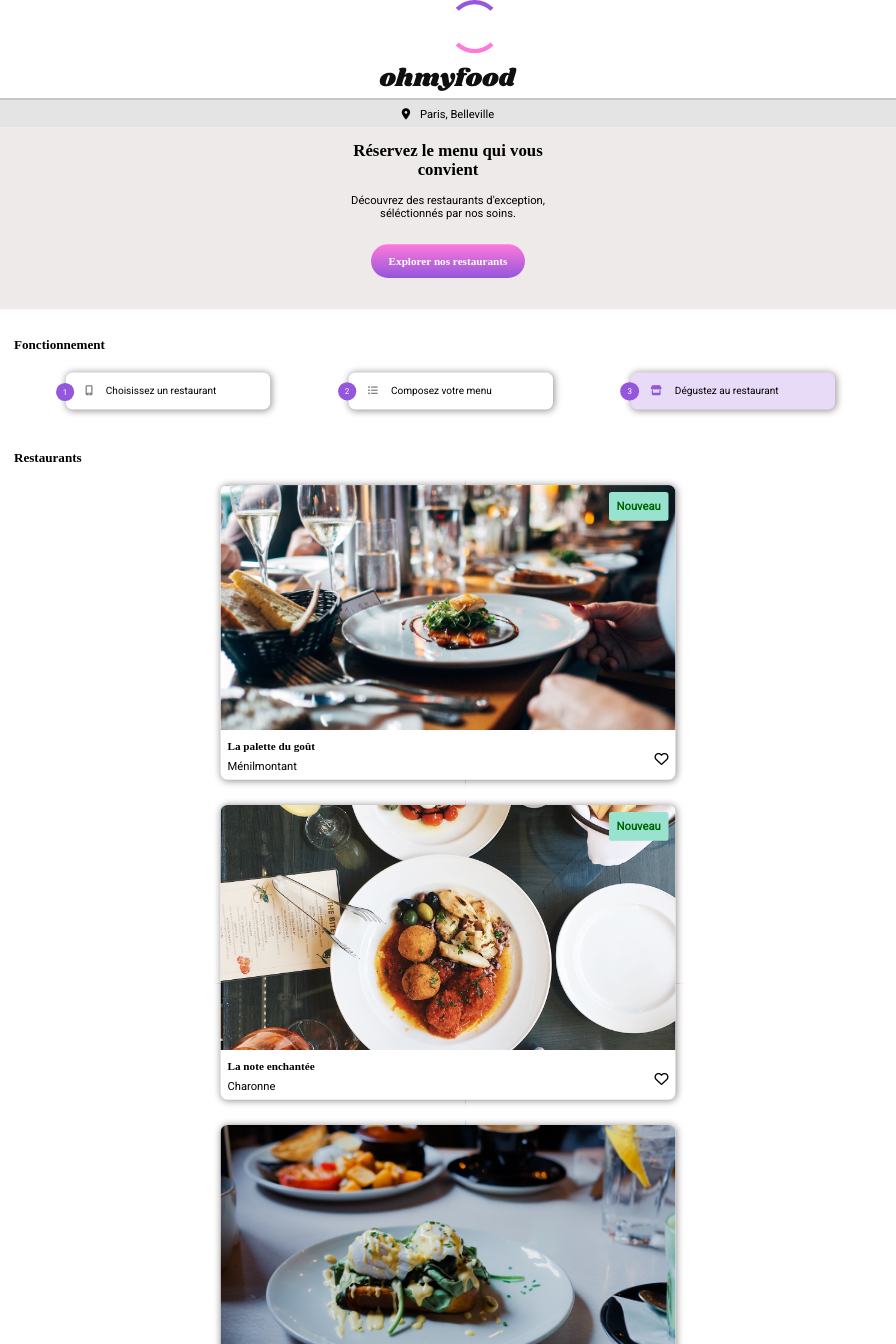
Repository: Micka-17/boimickael_3_16042021
Page: index.html
An editor plug-in stored every save of this project. The page is shown before and after the next save, followed by the edit.
The browser window is 1280 px wide. The pictures show the part of the page from y = 0 to 1920 px (the page is 2694 px tall before and 2618 px after), at 70% of full size.
Some web fonts or font styles are not loaded; a fallback is used. Some web libraries are served in a nearby version. The style sheet was rebuilt from its Sass, Less or Tailwind sources for each picture, by a compiler version that may differ from the author's.

Above is the page before, as saved 2021-05-26 10:53:20.

### index.html
<!DOCTYPE html>
<html lang="en">
  <head>
    <meta charset="UTF-8" />
    <meta http-equiv="X-UA-Compatible" content="IE=edge" />
    <meta name="viewport" content="width=device-width, initial-scale=1.0" />
    <link rel="stylesheet" href="css/style.css" />
    <script
      src="https://kit.fontawesome.com/7f2b024bdc.js"
      crossorigin="anonymous"
    ></script>
    <title>OhMyFood</title>
  </head>
  <body>
    <div id=loader">
      <div id="loader"></div>
    </div>
    <header>
      <div id="logo">
        <img src="images/logo/ohmyfood@2x.svg" alt="OhMyFood" />
      </div>
    </header>
    <section id="sec-1">
      <div id="top">
        <div id="paris">
          <p><i class="fas fa-map-marker-alt icon"></i> Paris, Belleville</p>
        </div>
        <div id="reservation">
          <h2 id="center-top1">Réservez le menu qui vous convient</h2>
          <p id="center-top2">
            Découvrez des restaurants d'exception, séléctionnés par nos soins.
          </p>
          <a id="btn" href="#sec-3">Explorer nos restaurants</a>
        </div>
      </div>
    </section>
    <section id="sec-2">
      <div class="fonctionnement">
        <h3 class="h3s">Fonctionnement</h3>
        <ul class="bolder">
          <li>
            <i class="fas fa-mobile-alt icon-top"></i> Choisissez un restaurant
            <p id="number1">1</p>
          </li>
          <li>
            <i class="fas fa-list-ul icon-top"></i> Composez votre menu
            <p id="number2">2</p>
          </li>
          <li id="li-3">
            <i class="fas fa-store icon-top-purple"></i> Dégustez au restaurant
            <p id="number3">3</p>
          </li>
        </ul>
      </div>
    </section>
    <section id="sec-3">
      <h3 class="h3s">Restaurants</h3>
      <div class="choice">
        <a href="pages/la_palette_du_gout.html">
          <div class="card">
            <p class="nouveau">Nouveau</p>
            <img
              id="new"
              class="imga"
              src="images/restaurants/la_palette_du_gout.jpg"
              alt="la_palette_du_gout"
            />
            <div class="resto">
              <div>
                <h4>La palette du goût</h4>
                <p class="space">Ménilmontant</p>
              </div>
              <div class="loveclcik">
                <i class="far fa-heart love fa-lg"></i>
                <i class="fas fa-heart loves3"></i>
              </div>
            </div>
          </div>
        </a>
        <a href="pages/la_note_enchantee.html">
          <div class="card">
            <p class="nouveau">Nouveau</p>
            <img
              class="imga"
              src="images/restaurants/la_note_enchantee.jpg"
              alt="la_note_enchantee"
            />
            <div class="resto">
              <div>
                <h4>La note enchantée</h4>
                <p class="space">Charonne</p>
              </div>
              <div class="loveclcik">
                <i class="far fa-heart love fa-lg"></i>
                <i class="fas fa-heart loves3"></i>
              </div>
            </div>
          </div>
        </a>
        <a href="pages/a_la_francaise.html">
          <div class="card">
            <img
              class="imga"
              src="images/restaurants/a_la_française.jpg"
              alt="a_la_française"
            />
            <div class="resto">
              <div>
                <h4>A la française</h4>
                <p class="space">Cité Rouge</p>
              </div>
              <div class="loveclcik">
                <i class="far fa-heart love fa-lg"></i>
                <i class="fas fa-heart loves3"></i>
              </div>
            </div>
          </div>
        </a>
        <a href="pages/le_delice_des_sens.html">
          <div class="card">
            <img
              class="imga"
              src="images/restaurants/le_delice_des_sens.jpg"
              alt="le_delice_des_sens"
            />
            <div class="resto">
              <div>
                <h4>Le delice des sens</h4>
                <p class="space">Folie-Méricourt</p>
              </div>
              <div class="loveclcik">
                <i class="far fa-heart love fa-lg"></i>
                <i class="fas fa-heart loves3"></i>
              </div>
            </div>
          </div>
        </a>
      </div>
    </section>
    <section class="end">
      <footer>
        <div>
          <h3 id="logo-white">ohmyfood</h3>
          <div class="end-ul">
            <p>
              <i class="fas fa-utensils icon-footer"></i> Proposer un restaurant
            </p>
            <p>
              <i class="fas fa-hands-helping icon-footer"></i> Devenir
              partenaire
            </p>
            <p>Mentions légales</p>
            <a id="contact" href="mailto:contact@ohmyfood.com"
              ><p>Contact</p></a
            >
          </div>
        </div>
      </footer>
    </section>
  </body>
</html>

### sass/style.scss
@import "./directories/Utils/variables-mixin";
@import "./directories/Base/main.scss";



ul {
    font-family: 'Roboto', sans-serif;
    font-size: 0.9em;
    @media (min-width: 430px) {
        max-width: 450px;
    }
        @media (min-width: 1000px) {
            display: flex;
            min-width: 100%;
            justify-content: space-evenly;
        }
}

#backgroundloader {
    position: absolute;
    top: 0;
    left: 0;
    background-color: $color3;
    width: 100%;
    height: 100%;
    animation: loader2 33s;
    animation-fill-mode: both;
    animation-timing-function: step-end;
  }
#loader {
    position: relative;
    top: 50%;
    left: 50%;
    width: 64px;
    height: 64px;
    border-radius: 50%;
    border: 6px solid rgb(255, 255, 255);
    border-color: $color1 transparent $color2 transparent;
    animation: dual-ring 0.8s infinite, loader 3s;
    animation-delay: 0.2s;
    animation-fill-mode: both;
  }

#contact {
    color: white;
}

.spacediv p {
    font-family: 'Roboto', sans-serif;
    text-overflow: ellipsis;
    overflow: hidden;
    white-space: nowrap;
}

#logo {
    display: flex;
    justify-content: center;
    margin-top: 20px;
    margin-bottom: 10px;
}

#paris {
    display: flex;
    justify-content: center;
    border-top: solid 3px rgba(128, 128, 128, 0.301);
    min-width: 321px;
    padding-top: 10px;
    padding-bottom: 10px;
    background-color: rgba(128, 128, 128, 0.212);
        .icon {
            margin-right: 10px;
        }
}

#reservation {
    display: flex;
    justify-content: center;
    flex-direction: column;
    place-items: center;
    background-color: rgb(238, 234, 234);
    padding-bottom: 45px;
        #btn {
            @include btn();
                &:hover {
                    filter: brightness(1.50);
                    box-shadow: 0px 0px 10px 15px gray;
                }
        }
}

#center-top1 {
    text-align: center;
    margin-top: 20px;
    max-width: 350px;
}

#center-top2 {
    margin-top: 20px;
    margin-bottom: 20px;
    text-align: center;
    max-width: 350px;
}


.icon-top {
    color: gray;
    margin-right: 15px;
    margin-left: 10px;
}

.icon-top-purple {
    color: $color1;
    margin-right: 15px;
    margin-left: 10px;
}

#li-3 {
    background-color: #9256dc36;
}

li { position: relative;
    background-color: #ffffff;
    border-radius: 10px;
    padding: 18px;
    margin: 18px;
    margin-left: 25px;
    box-shadow: 1px 1px 10px 1px rgb(151, 145, 145);
    min-width: 20%;
        #number1 {
            position: absolute;
            top: 15px;
            left: -14px;
            background-color: $color1;
            border-radius: 50px;
            padding: 6px 10px;
            font-size: 0.8em;
            color: white;
        }
            #number2 {
                position: absolute;
                top: 14px;
                left: -15px;
                background-color: $color1;
                border-radius: 50px;
                padding: 6px 10px;
                font-size: 0.8em;
                color: white;
            }
                #number3 {
                    position: absolute;
                    top: 14px;
                    left: -15px;
                    background-color: $color1;
                    border-radius: 50px;
                    padding: 6px 10px;
                    font-size: 0.8em;
                    color: white;
                }
}
.space {
    margin-top: 10px;
    margin-bottom: 10px;
}
.card {
    background-color: #ffffff;
    border-radius: 10px;
    padding: 0px;
    margin: 18px;
    box-shadow: 1px 1px 10px 1px rgb(151, 145, 145);
    max-width: 100%;
}
.imga {
    object-fit: cover;
    border-radius: 10px 10px 0px 0px;
    width: 650px;
    height: 350px;
        @media (max-width:900px) {
            max-width: 100%;
        }
            @media (max-width:500px) {
                max-width: 100%;
                height: 240px;
            }
                @media (max-width:380px) {
                    height: 220px;
                }
}
.card {
    position: relative;
}
.nouveau {
    position: absolute;
    padding: 0.7rem;
    border-radius: 0.25rem;
    color: darkgreen;
    font-weight: bold;
    right: 10px;
    top: 10px;
    background-color: #99e2d0;
}

.h3s {
    margin: 40px 0px 10px 20px;

}

.choice {
    display: flex;
    flex-direction: column;
    place-items: center;
    flex-wrap: wrap;
        .resto {
            display: flex;
            justify-content: space-between;
            align-items: center;
            margin: 10px;
        }
            @media (min-width: 630px) {
                flex-wrap: wrap;
                flex-direction: row;
                justify-content: center;
            }
                @media (min-width: 1350px) {
                    display: grid;
                    grid-template-rows: 50% 50%;
                    grid-template-columns: 50% 50%;
                }
}


footer {
    margin-top: 30px;
    padding: 10px;
    background-color: rgb(54, 54, 54);
    color: white;
        #logo-white {
            font-family: 'Shrikhand', cursive;
            font-weight: 300;
            margin-bottom: 15px;
            margin-left: 20px;
            margin-top: 10px;
        }
            li {
                background-color: transparent;
                border-radius: 0;
                padding: 5px;
                margin-left: 20px;
                box-shadow: none;
                display: flex;
                margin-top: 5px;
                margin-bottom: 5px;
            }
                .icon-footer {
                    max-width: 2px;
                    max-height: 2px;
                    margin-right: 25px;
                }
                    @media (min-width:1000px) {
                        padding: 40px;
                    }
}


//pages 2

.img-top {
    min-width: 100%;
    max-height: 510px;
}

.arrow {
    position: absolute;
    left: 20px;
    top: 30px;
    color: rgba(0, 0, 0, 0.801);
}
#margtitle {
    margin-left: 15px;
    max-width: 220px;
}
img {
    object-fit: cover;
}
.titlemargall {
    margin-top: 30px;
    margin-left: 15px;
    border-bottom: solid rgba(55, 224, 55, 0.541);
    max-width: 30px;
}
#middle {
    position: absolute;
    top: 240px;
    min-width: 100%;
    min-height: 980px;
    background-color: rgb(231, 229, 229);
    border-radius: 20px 20px 0px 0;
    padding-top: 30px;
     .entrees {
        @include centre();
        @include capsule();
     }
        .bold {
            font-weight: bold;
            font-size: 1em;
        }
        .bolder {
            font-weight: bold;
            font-size: 0.6m;
                @media (min-width: 1000px) {
                    margin: 15px;
                }
        }
            p {
                font-size: 0.7em;
            }
                .loves1 {
                    position: absolute;
                    right: 15px;
                    color: gray
                }
}

.loves2 {
    display: none;
    opacity: 0;
    background: linear-gradient(0deg,#9356dc,#ff79da);
    background-clip: text;
    -webkit-background-clip: text;
    -moz-background-clip: text;
    -webkit-text-fill-color: transparent;
    position: absolute;
    right: 15px;
}
#margtitle:hover .loves2 {
    animation: fadeout;
    opacity: 1;
    animation-duration: .5s;
    display: inline-block;
    justify-content: center;
}

.loves3 {
    display: none;
    opacity: 0;
    background: linear-gradient(0deg,#9356dc,#ff79da);
    background-clip: text;
    -webkit-background-clip: text;
    -moz-background-clip: text;
    -webkit-text-fill-color: transparent;
    position: absolute;
    right: 9px;
    bottom: 18px;
}
.loveclcik:hover .loves3 {
    animation: fadeout2;
    opacity: 1;
    animation-duration: .5s;
    display: inline-block;
    justify-content: center;
    font-size: 1.5em;
}

#entrees {
    animation: slideup 1s;
    animation-duration: 1s;
}
#plats {
    animation: slideup 1s;
    animation-duration: 5s;
}
#desserts {
    animation: slideup 1s;
    animation-duration: 8s;
}


.entrees, .plats, .desserts {
    cursor: pointer;
        @media (max-width:321px) {
            width: 300px;
        }
        @media (max-width:378px) {
            max-width: 100%;
        }
        @media (max-width:414px) {
            max-width: 100%;
        }
        @media (min-width: 1000px) {
            min-height: 90px;
            width: 100%;
        }
}

.spacediv {
    width: 100%;
    overflow: hidden;
    @include spacediv();
        @media (min-width: 1000px) {
            justify-content: space-evenly;
        }
}
.plats {
    @include capsule();
    @include centre();
}
.desserts {
    @include capsule();
    @include centre();
}

.responsive {
    @media (min-width: 1000px) {
        display: flex;
        justify-content: center;
    }
}

.responsive-entrees {
    @media (min-width: 1000px) {
        display: flex;
        justify-content: center;
    }
}

#btnp2 {
    @include btn();
    margin-top: 40px;
        &:hover {
            filter: brightness(1.50);
            box-shadow: 0px 0px 10px 15px gray;
        }
         @media (min-width: 1000px) {
            margin-top: 150px;
         }
}

#placement-btn {
    display: flex;
    justify-content: center;
    place-items: center;
}

.end1 {
    position: absolute;
    top: 1151px;
    min-width: 100%;
}

.end {
    position: absolute;
    min-width: 100%;
}

.end-ul {
        @media (min-width: 430px) {
        max-width: 450px;
    }
        @media (min-width: 1000px) {
            display: flex;
            min-width: 100%;
            flex-direction: row;
            justify-content: space-evenly;
        }
}

.end-ul p {
    margin: 8px;
    margin-left: 20px;
}

//page la note enchantee

 .align-price{
    display: flex;
    align-items: flex-end;
    margin-bottom: 8px;
    margin-right: 8px;
}

.check {
    width: 0px;
    transition-duration: 1s;
    font-size: 1.5em;
     & i {
        display: none;
        place-items: center;
        color: white;
     }
}

.entrees:hover .check {
    width: 90px;
    height: 51px;
    background-color: $color3;
    display: flex;
    justify-content: center;
    border-radius: 0 20% 20% 0;
        @media (max-width: 1000px) {
            width: 65px;
        }
            & .rotation {
                display: flex;
                place-items: center;
            }
                & .rond {
                    display: flex;
                    place-items: center;
                    transform-origin: center;
                    animation: spin;
                    animation-duration: 1s;
                }
                    @media (min-width: 1000px) {
                        height: 90px;
                        border-radius: 0 10% 10% 0;
                    }
}


.plats:hover .check {
    width: 90px;
    height: 51px;
    background-color: $color3;
    display: flex;
    justify-content: center;
    border-radius: 0 20% 20% 0;
        @media (max-width: 1000px) {
            width: 65px;
        }
            & .rotation {
                display: flex;
                place-items: center;
            }
                & .rond {
                    display: flex;
                    place-items: center;
                    transform-origin: center;
                    animation: spin;
                    animation-duration: 1s;
                }
                    @media (min-width: 1000px) {
                        height: 90px;
                        border-radius: 0 10% 10% 0;
                    }
}

.desserts:hover .check {
    width: 90px;
    height: 51px;
    background-color: $color3;
    display: flex;
    justify-content: center;
    border-radius: 0 20% 20% 0;
        @media (max-width: 1000px) {
            width: 65px;
        }
            & .rotation {
                display: flex;
                place-items: center;
            }
                & .rond {
                    display: flex;
                    place-items: center;
                    transform-origin: center;
                    animation: spin;
                    animation-duration: 1s;
                }
                    @media (min-width: 1000px) {
                        height: 90px;
                        border-radius: 0 10% 10% 0;
                    }
}

### sass/directories/Utils/_variables-mixin.scss
$color1: #9356DC;
$color2: #FF79DA;
$color3: #99E2D0;

@mixin centre {
    display: flex;
    justify-content: space-between;
}

@mixin capsule {
    background-color: whitesmoke;
    border-radius: 10px;
    box-shadow: 1px 1px 10px 1px rgb(226, 226, 226);
    margin: 10px;
    overflow: hidden;
}
 @mixin spacediv {
    min-height: 35px;
    display: flex;
    flex-direction: column;
    justify-content: space-between;
    padding: 8px;
 }
@mixin btn {
    background: linear-gradient($color2, $color1);
    border-radius: 50px;
    border: none;
    box-shadow: gray;
    color: white;
    font-weight: bold;
    max-width: 200px;
    min-width: 200px;
    margin-top: 15px;
    padding: 15px 10px;
    text-align: center;
    text-decoration: none
}

@keyframes fadein {
    from {
        transform: scaleX(0);
    }

    to {
        transform: scaleX(1);
    }
}

@keyframes fadeout {
    from {
        transform: scaleY(0);
    }

    to {
        transform: scaleY(1);
    }
}
@keyframes fadeout2 {
    from {
        transform: scale(0);
    }

    to {
        transform: scale(1.5);
    }
}

@keyframes spin {
    from {
        transform: rotate(0deg);
    } to {
        transform: rotate(360deg);
    }
}

@keyframes slideup {
    from {
        transform: translateY(50px);
        opacity: 0;
    }
    to {
        transform: translateY(0px);
        opacity: 1;
    }
}


 @keyframes dual-ring {
    0% {
      transform: rotate(0deg);
      opacity: 100%;
    }
    50% {
        transform: rotate(180deg);
        opacity: 10%;
      }
    100% {
      transform: rotate(360deg);
      opacity: 100%;
    }
  }

@keyframes loader {
    0% {
    opacity: 100%;
    }
    99% {
        opacity: 100%;
    }
    100% {
        opacity: 100%;
    }
}

@keyframes loader2 {
    0% {
    opacity: 100%;
    z-index: 9999;
    }
    99% {
        opacity: 0;
        z-index: -1000;
    }
    100% {
        opacity: 0;
        z-index: -1000;
    }
}

### sass/directories/Base/main.scss
@import url('https://fonts.googleapis.com/css2?family=Roboto&family=Shrikhand&display=swap');

* {
    margin: 0;
    padding: 0;
    text-decoration: none;
    list-style-type: none;
}
#margtitle {
    font-family: Shrikhand;
    font-weight: 100;
    font-size: 1.2em;
}
p {
    font-family: 'Roboto', sans-serif;
}
a {
    text-decoration: none;
    list-style: none;
    color: rgb(0, 0, 0);
}

After the next save:
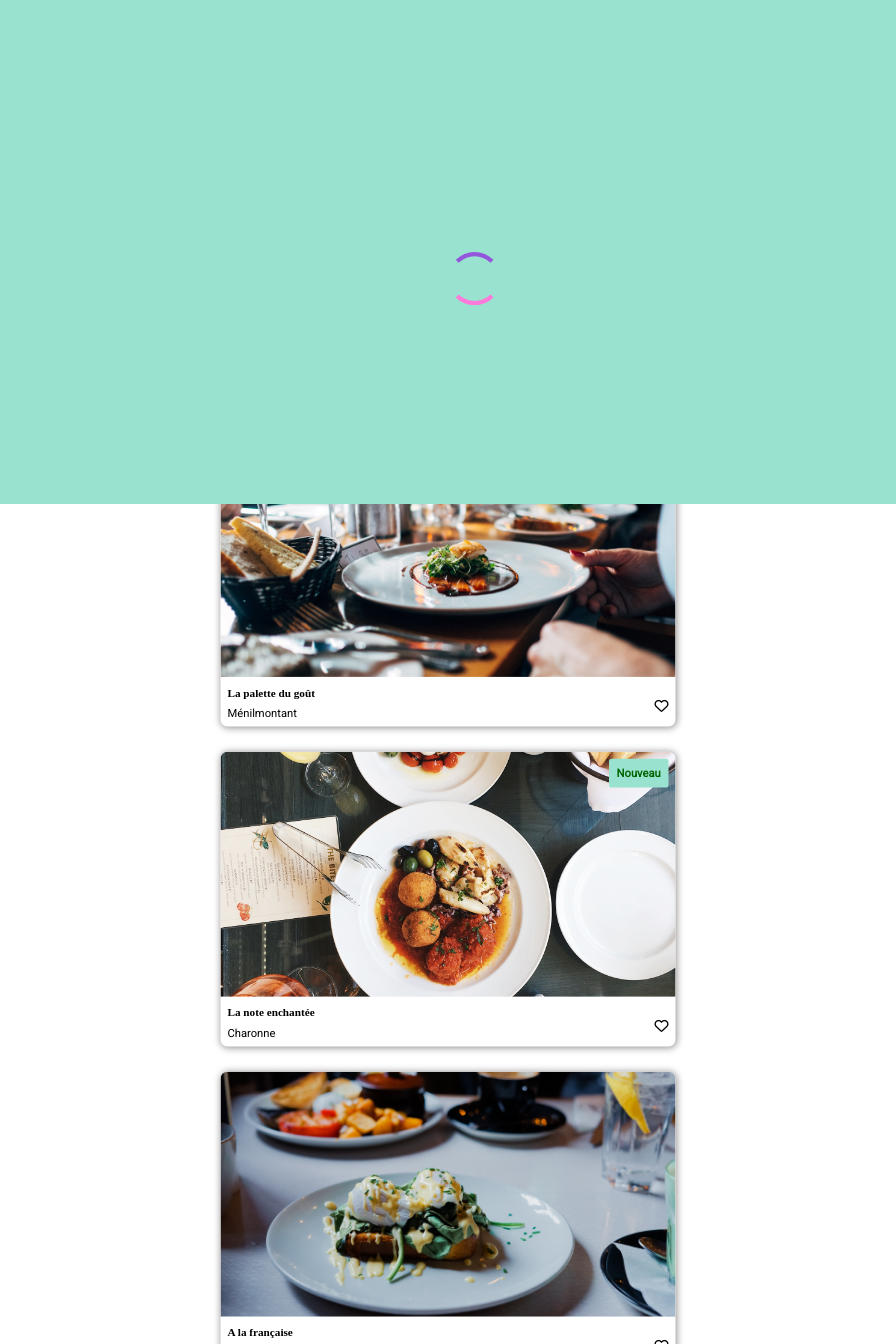
Saved 5 s later.
--- a/index.html
+++ b/index.html
@@ -12,7 +12,7 @@
     <title>OhMyFood</title>
   </head>
   <body>
-    <div id=loader">
+    <div id="backgroundloader">
       <div id="loader"></div>
     </div>
     <header>
